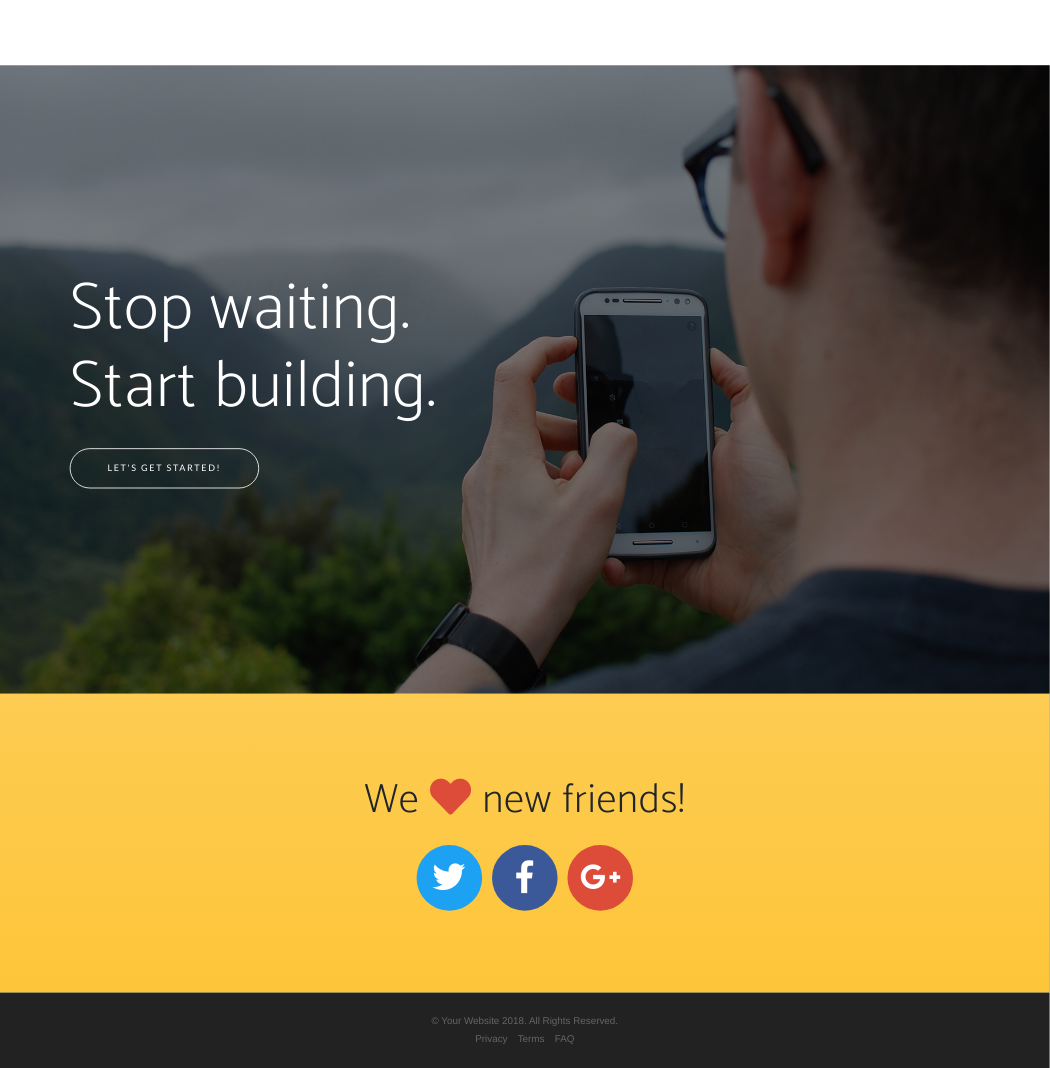
Repository: arkomz/VANK-HomePage-master
Page: static_website/vankIndex.html
An editor plug-in stored every save of this project. The page is shown before and after the next save, followed by the edit.
The browser window is 1280 px wide. The pictures show the part of the page from y = 2285 to 3684 px (the page is 3588 px tall before and 3684 px after), at 82% of full size.
A picture or video elsewhere on the page could not be fetched, so the positions and the page height are approximate. Some web fonts or font styles are not loaded; a fallback is used.

Above is the page before, as saved 2019-04-13 02:06:45.

After the next save:
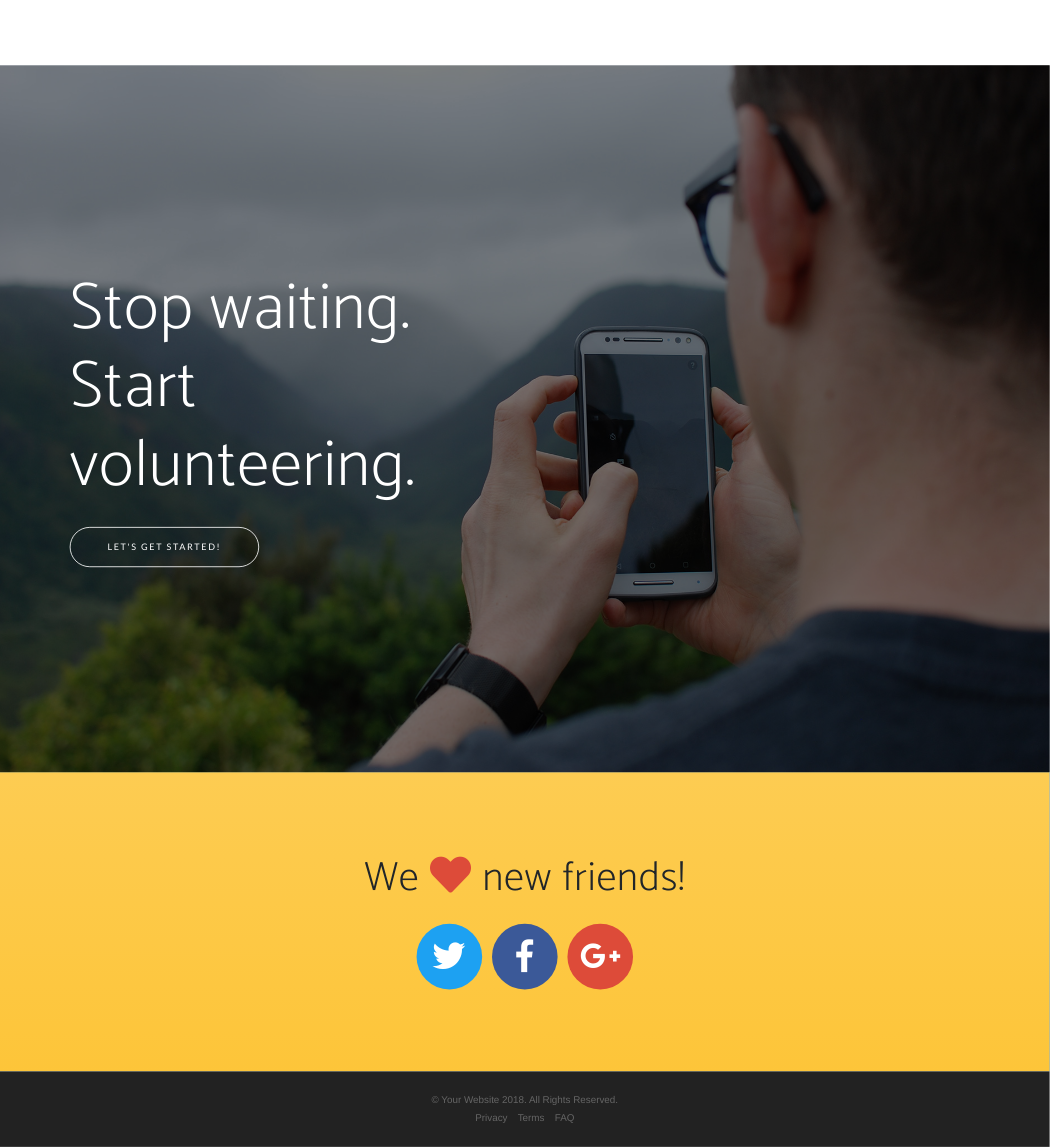
Saved 51 s later.
--- a/static_website/vankIndex.html
+++ b/static_website/vankIndex.html
@@ -171,7 +171,7 @@
   <section class="cta">
     <div class="cta-content">
       <div class="container">
-        <h2>Stop waiting.<br>Start building.</h2>
+        <h2>Stop waiting.<br>Start volunteering.</h2>
         <a href="#contact" class="btn btn-outline btn-xl js-scroll-trigger">Let's Get Started!</a>
       </div>
     </div>
